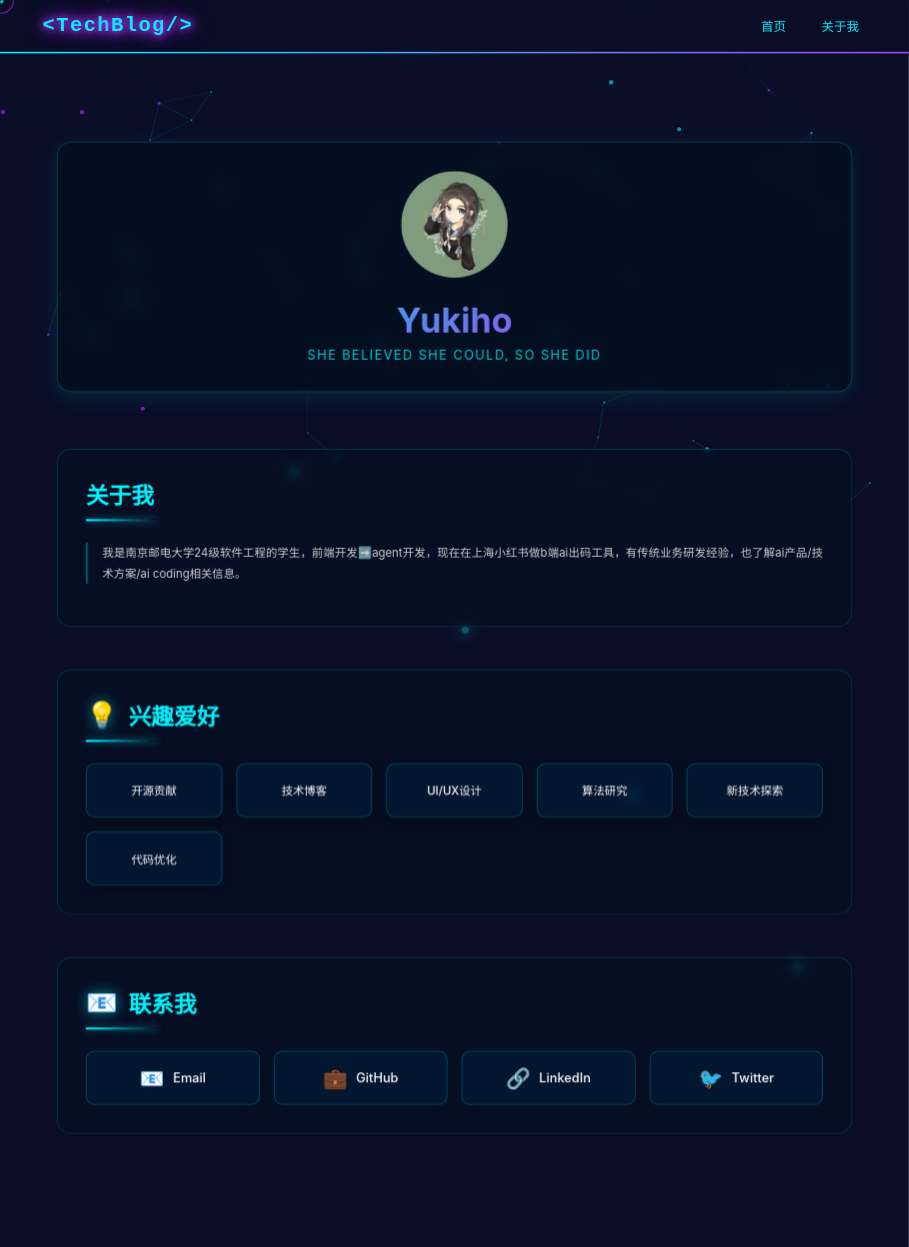
Repository: kyukiho/blog
Page: /about
These files come from the project's save history. The page is drawn as it stood at one moment and after the next save; the edit follows.
The browser window is 1280 px wide. The pictures show the whole page, at 71% of full size.
The project was rebuilt for these pictures with package versions that can differ from the ones it lists, and the page was loaded fresh each time. Also part of the build but not shown: vite.config.js, src/components/BlogList.css, src/components/BlogList.jsx, src/components/BlogDetail.css, src/components/BlogDetail.jsx.

Above is the page before, as saved 2026-03-15 22:00:50.

After the next save:
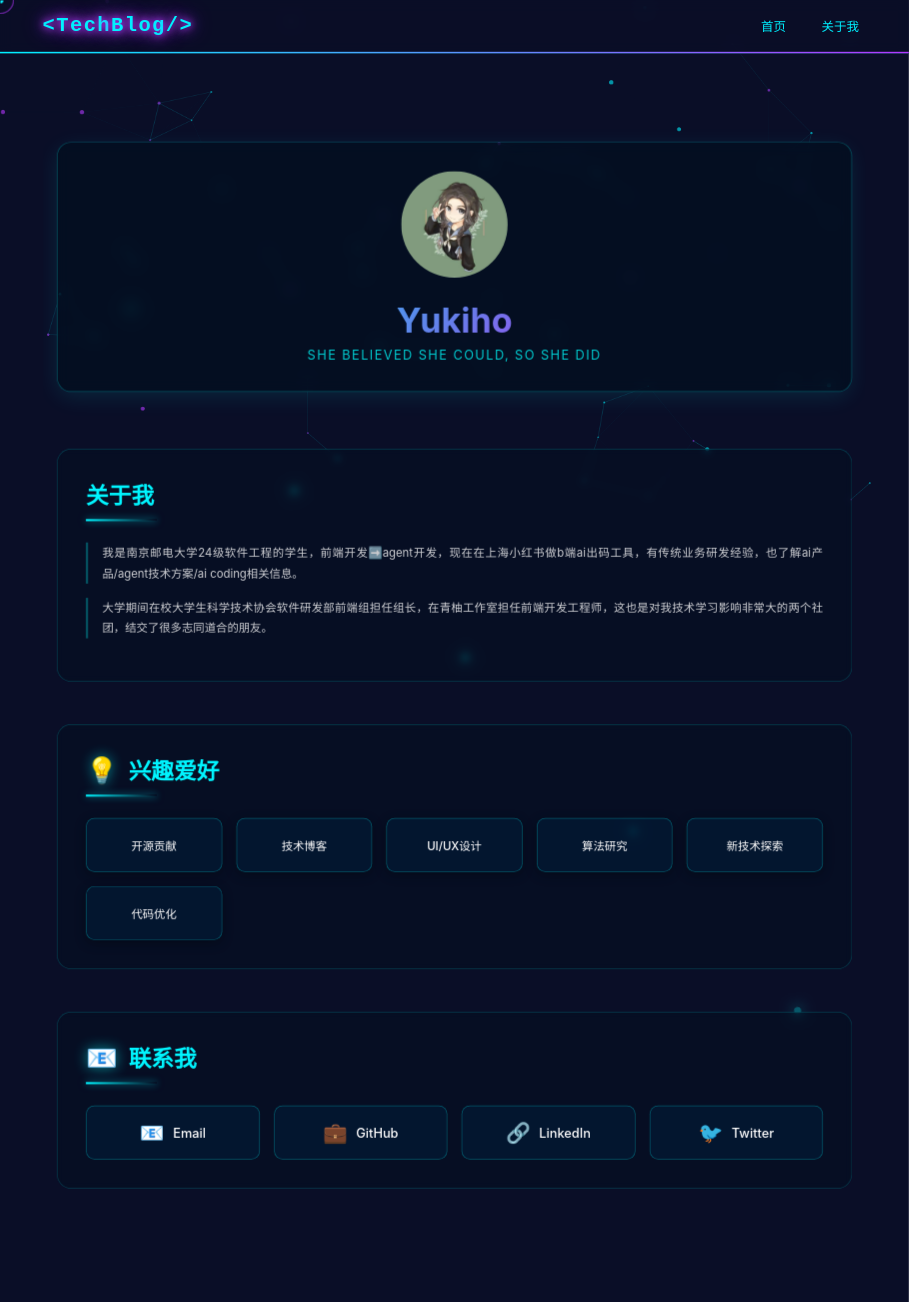
Saved 2 min 18 s later.
--- a/src/components/About.jsx
+++ b/src/components/About.jsx
@@ -68,7 +68,10 @@ const About = () => {
           </h2>
           <div className="about-text">
             <p>
-              我是南京邮电大学24级软件工程的学生，前端开发➡️agent开发，现在在上海小红书做b端ai出码工具，有传统业务研发经验，也了解ai产品/技术方案/ai coding相关信息。
+              我是南京邮电大学24级软件工程的学生，前端开发➡️agent开发，现在在上海小红书做b端ai出码工具，有传统业务研发经验，也了解ai产品/agent技术方案/ai coding相关信息。
+            </p>
+            <p>
+              大学期间在校大学生科学技术协会软件研发部前端组担任组长，在青柚工作室担任前端开发工程师，这也是对我技术学习影响非常大的两个社团，结交了很多志同道合的朋友。
             </p>
           </div>
         </motion.section>
